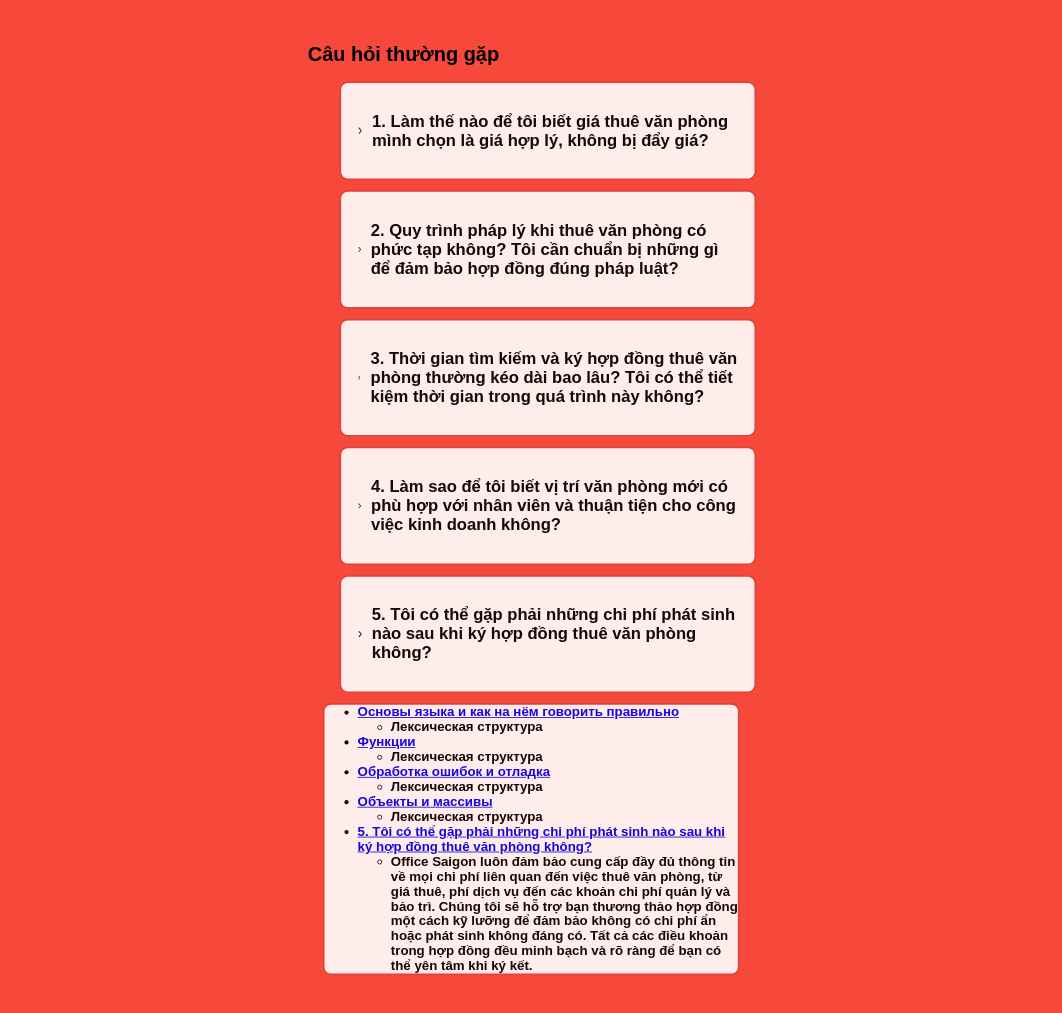
Repository: lannguyen1301/html-office-saigon
Page: accordion.html
An editor plug-in stored every save of this project. The page is shown before and after the next save, followed by the edit.
The browser window is 1280 px wide. The pictures show the whole page, at 83% of full size.

Above is the page before, as saved 2025-02-12 23:19:36.

After the next save:
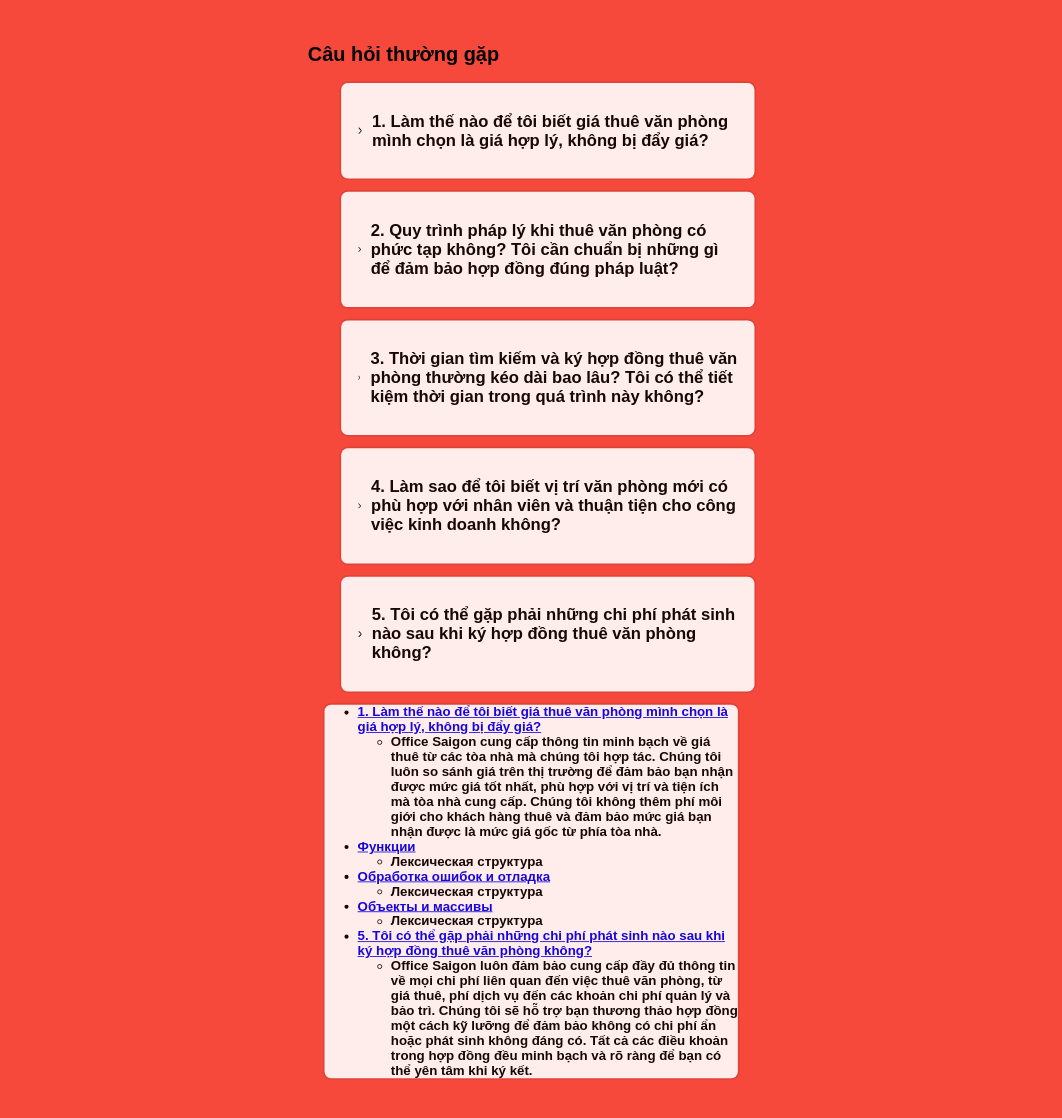
Saved 41 s later.
--- a/accordion.html
+++ b/accordion.html
@@ -121,10 +121,16 @@
     <article>
         <ul class="accordion">
             <li class="accordion__item">
-                <a href="#" class="accordion__link accordion__link_active">Основы языка и как на нём говорить
-                    правильно</a>
+                <a href="#" class="accordion__link accordion__link_active">
+                    1. Làm thế nào để tôi biết giá thuê văn phòng mình chọn là giá hợp lý, không bị
+                    đẩy giá?
+                </a>
                 <ul class="sub-accordion">
-                    <li class="sub-accordion__item">Лексическая структура</li>
+                    <li class="sub-accordion__item">Office Saigon cung cấp thông tin minh bạch về giá thuê từ các tòa
+                        nhà mà chúng tôi hợp tác.
+                        Chúng tôi luôn so sánh giá trên thị trường để đảm bảo bạn nhận được mức giá tốt nhất, phù
+                        hợp với vị trí và tiện ích mà tòa nhà cung cấp. Chúng tôi không thêm phí môi giới cho khách
+                        hàng thuê và đảm bảo mức giá bạn nhận được là mức giá gốc từ phía tòa nhà.</li>
                     <!-- <li class="sub-accordion__item">Типы данных, значения и переменные</li> -->
                     <!-- <li class="sub-accordion__item">Выражения и операторы инструкции</li> -->
                 </ul>
